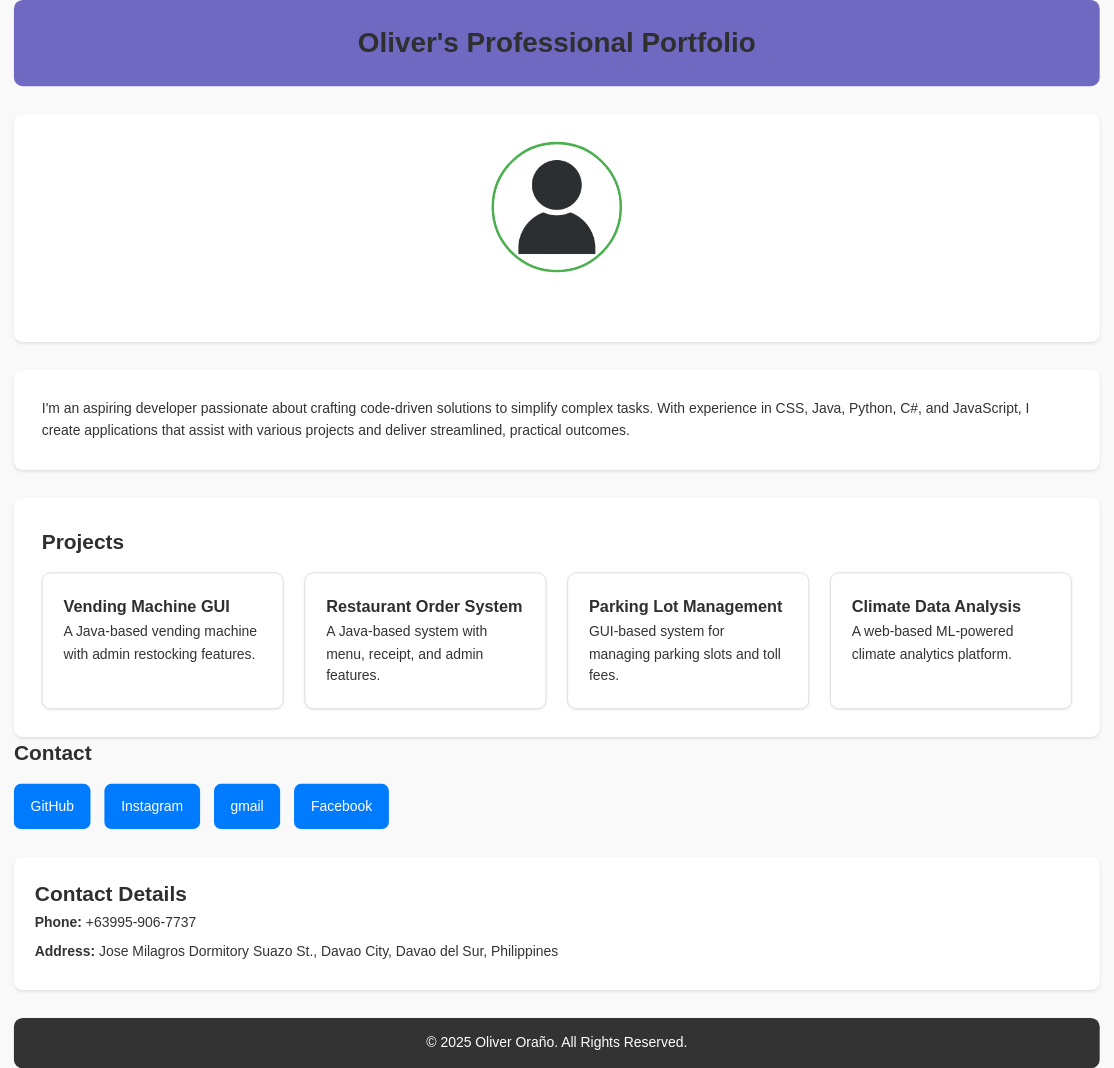
Repository: nightmar3fuel/portfolio.html
Page: my.html
An editor plug-in stored every save of this project. The page is shown before and after the next save, followed by the edit.
The browser window is 1280 px wide. The pictures show the whole page, at 87% of full size.

Above is the page before, as saved 2025-02-06 14:22:44.

After the next save:
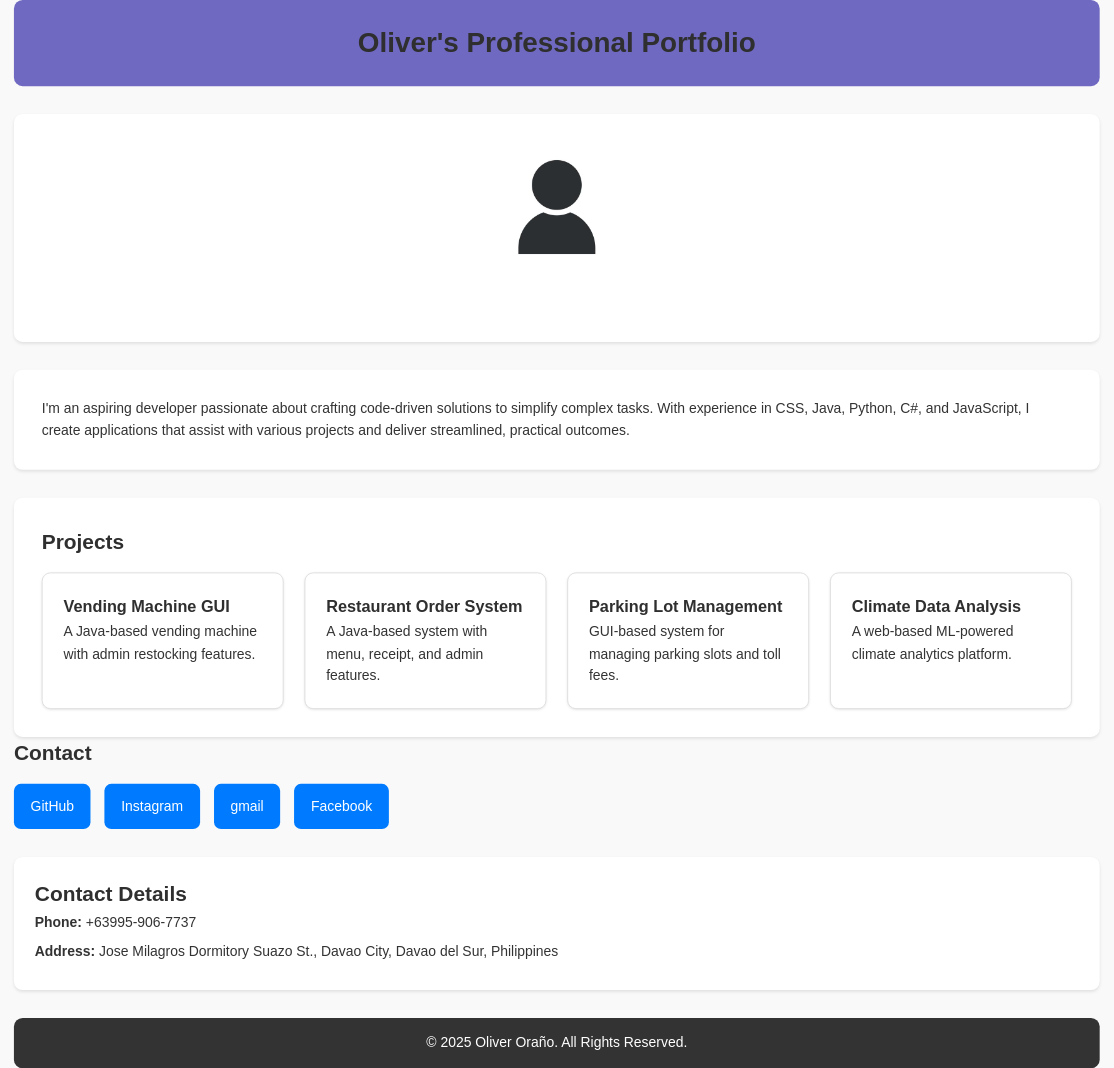
Saved 25 s later.
--- a/styles.css
+++ b/styles.css
@@ -49,7 +49,7 @@ h3 {
     height: 150px;
     border-radius: 50%;
     object-fit: cover;
-    border: 3px solid #4CAF50;
+    border: 3px solid #fefffe;
     margin-bottom: 1rem;
 }
 
